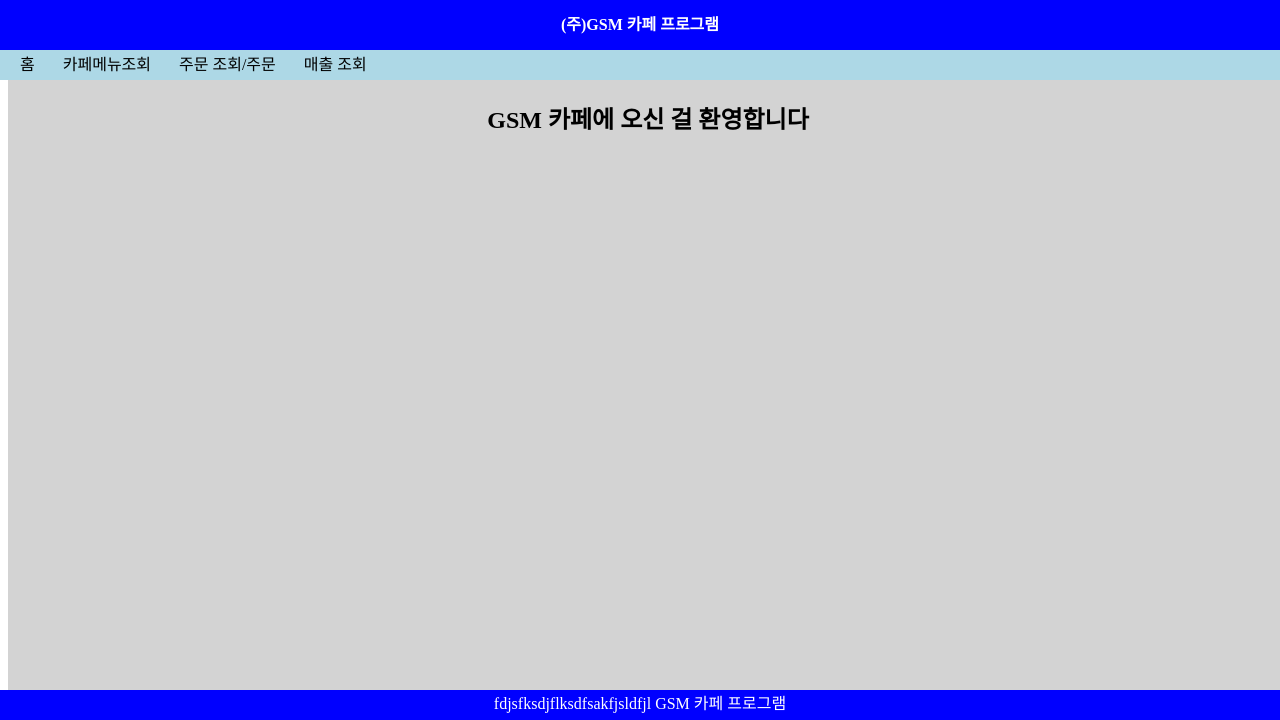
Repository: jiye-stingray/JSP
Page: http://localhost/Cafe/
These files come from the project's save history. The page is drawn as it stood at one moment and after the next save; the edit follows.
The browser window is 1280 px wide. The pictures show the whole page.
The page is served by Tomcat 9.

Above is the page before, as saved 2022-09-22 11:01:23.

After the next save:
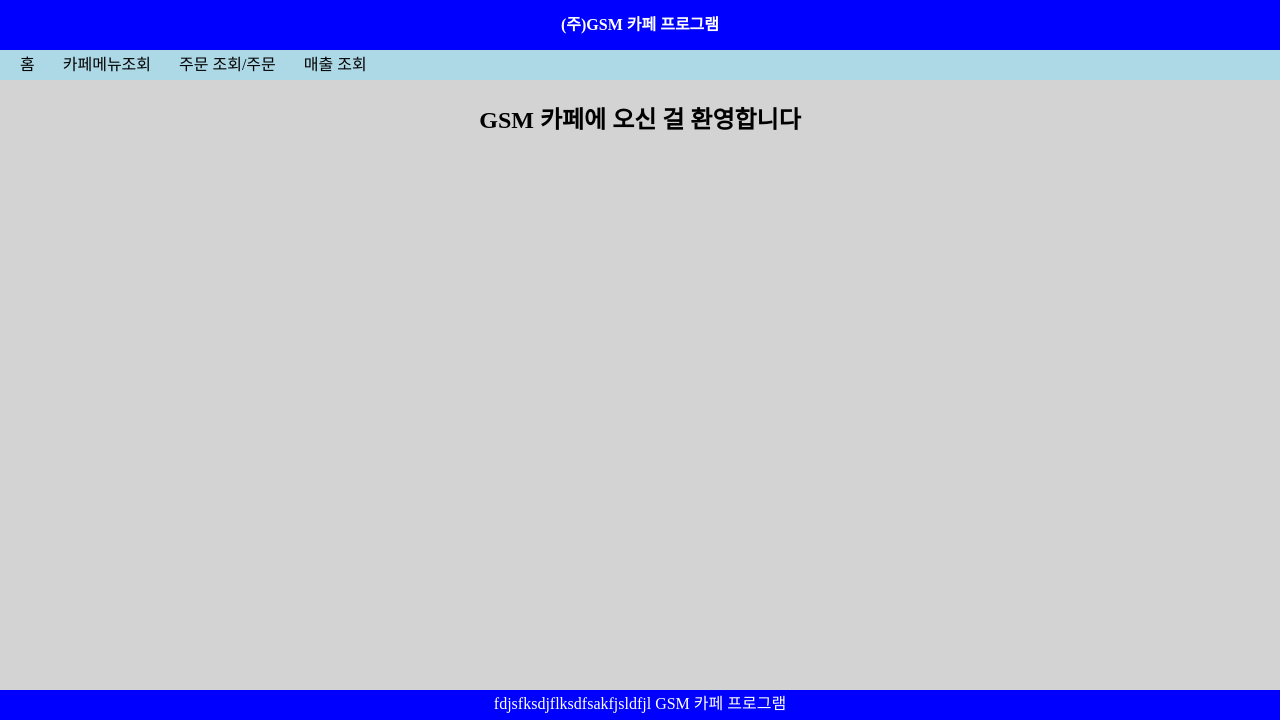
Saved 24 s later.
--- a/WithMIRA/Cafe/src/main/webapp/index.jsp
+++ b/WithMIRA/Cafe/src/main/webapp/index.jsp
@@ -10,7 +10,7 @@
 <body>
 <jsp:include page="header.jsp"></jsp:include>
 
-<section style = "position: fixed; width:100%; height: 100%; top:80px; background-color: lightgray" >
+<section style = "position: fixed; left: 0; width:100%; height: 100%; top:80px; background-color: lightgray" >
 <h2 style ="text-align: center;">GSM 카페에 오신 걸 환영합니다</h2>
 </section>
 
